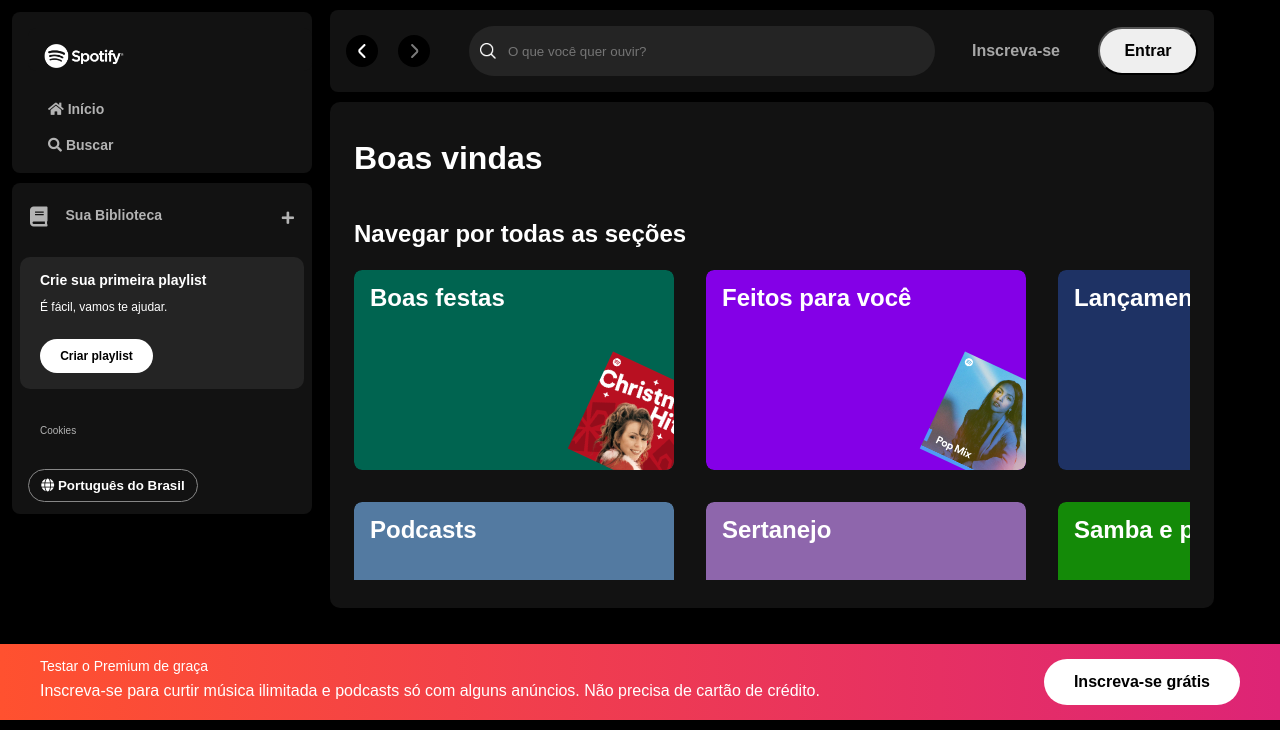
Repository: rafaazevedo-gs/Imers-o-Alura-Front-end
Page: index.html
These files come from the project's save history. The page is drawn as it stood at one moment and after the next save; the edit follows.
The browser window is 1280 px wide. The pictures show the whole page.

Above is the page before, as saved 2025-01-31 15:40:39.
Not found: search.js

After the next save:
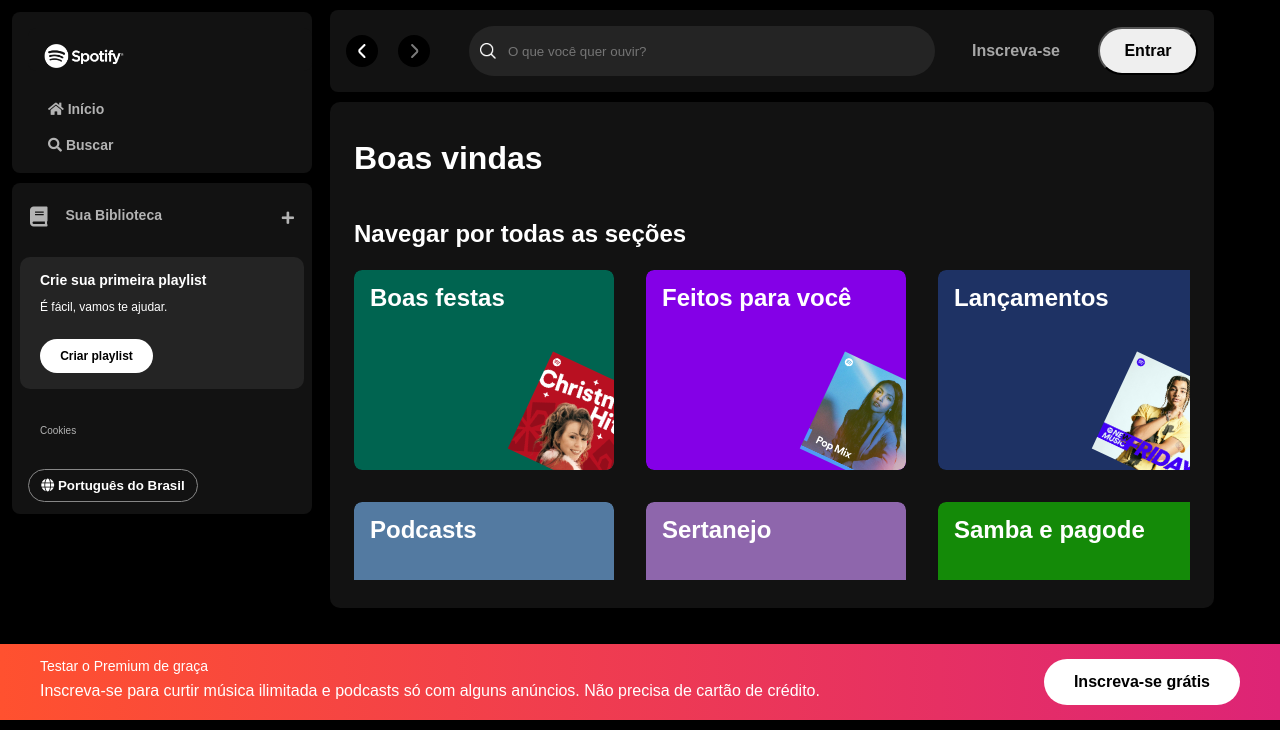
Saved 26 s later.
--- a/src/styles/main-content.css
+++ b/src/styles/main-content.css
@@ -152,7 +152,7 @@
 
 .cards {
   position: relative;
-  width: 320px;
+  width: 260px;
   height: 200px;
   overflow: hidden;
   border-radius: 8px;
